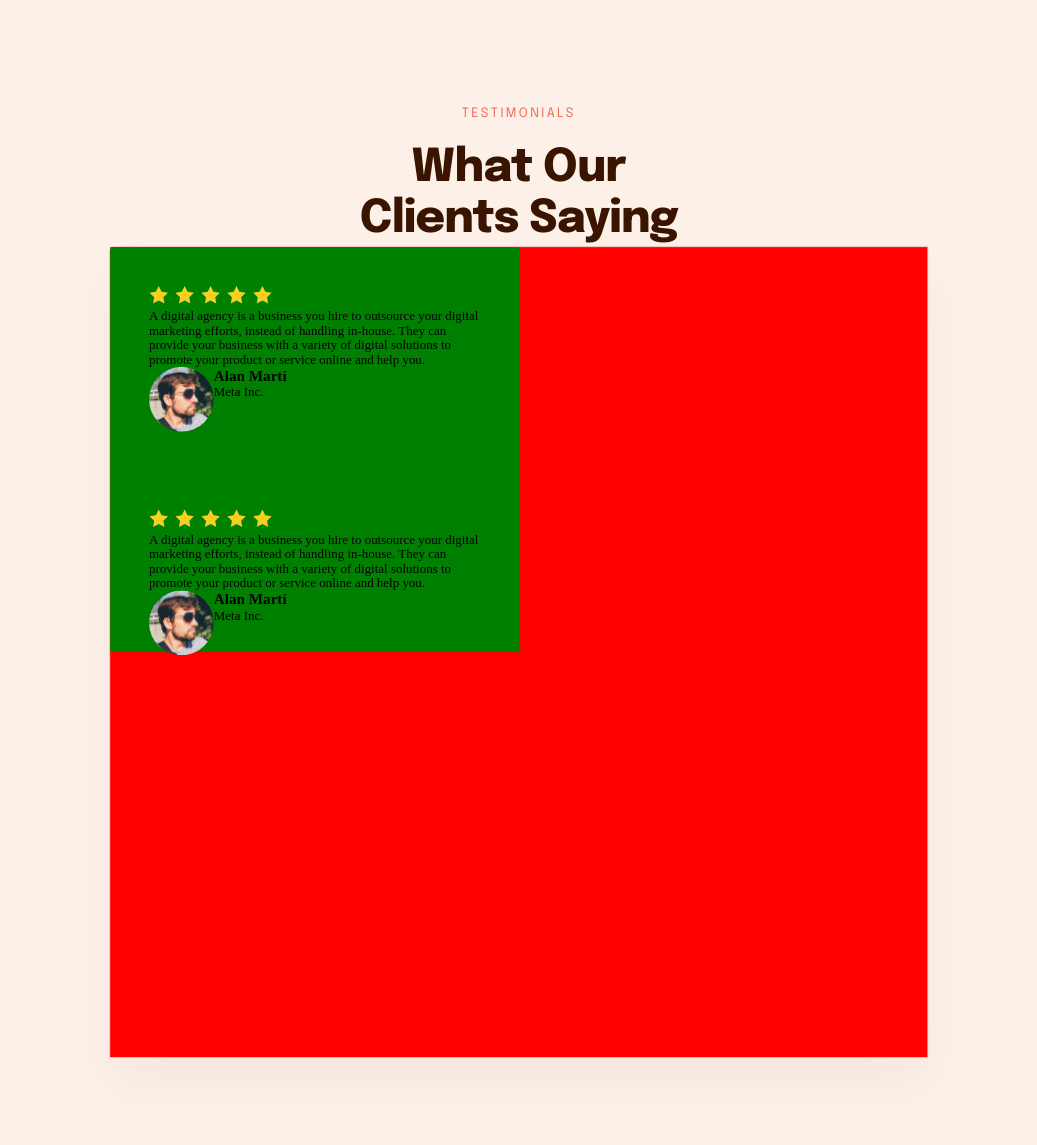
Repository: simralgasimov/task
Page: index.html
An editor plug-in stored every save of this project. The page is shown before and after a run of saves, followed by the edit.
The browser window is 1280 px wide. The pictures show the whole page, at 81% of full size.

Above is the page before, as saved 2023-09-06 13:37:17.

After the next 2 saves:
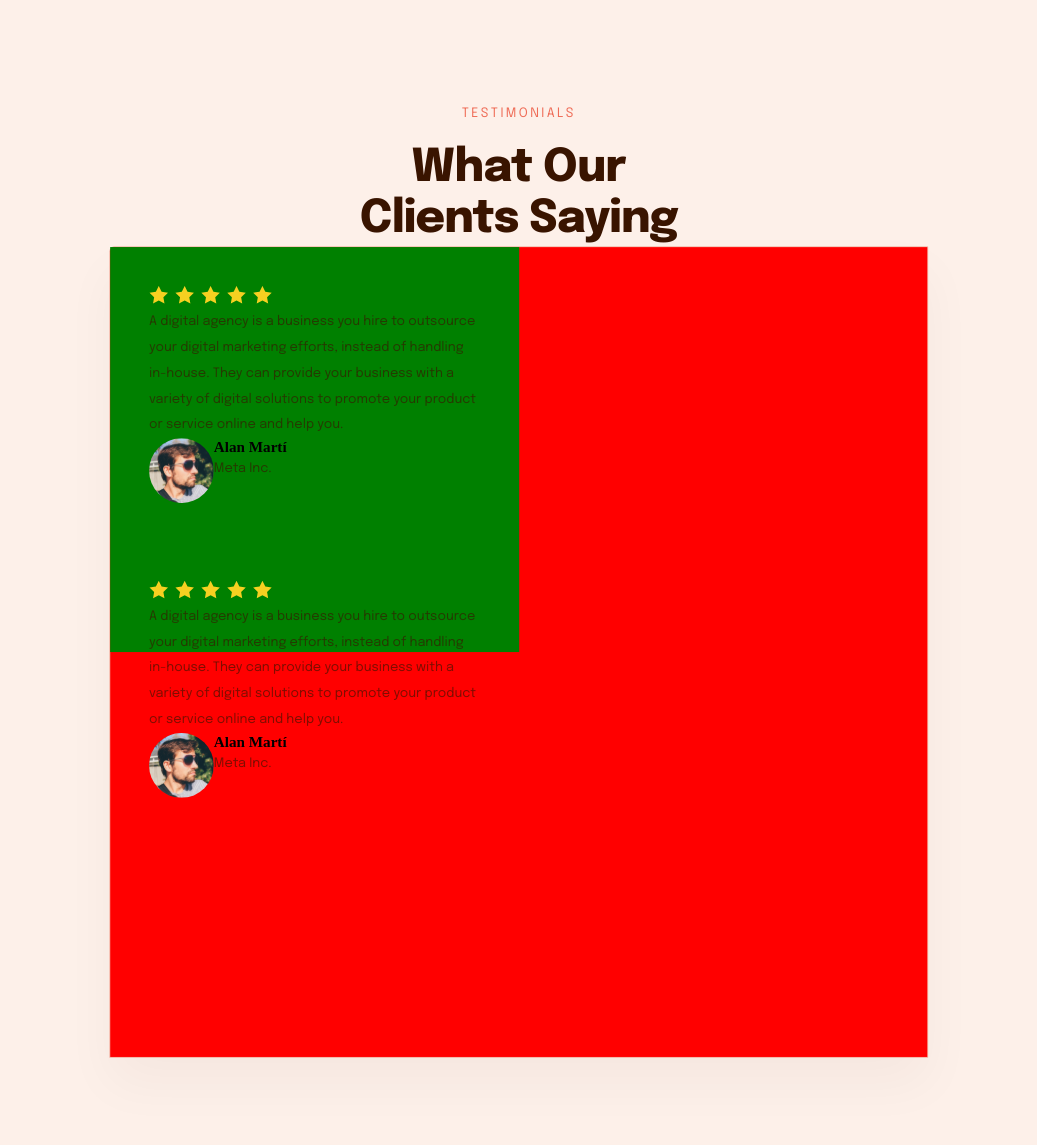
The 2 saves are shown as one change because they came seconds apart.
The last was saved 10 s later.
--- a/index.css
+++ b/index.css
@@ -60,7 +60,7 @@ background-color: red;
   display: flex;
 }
 
-.container .comment .first-box .box-1 p {
+.container .comment  .box p {
   color: var(--Text_Dark_Gray, rgba(57, 20, 0, 0.64));
   font-feature-settings: "clig" off, "liga" off;
 
